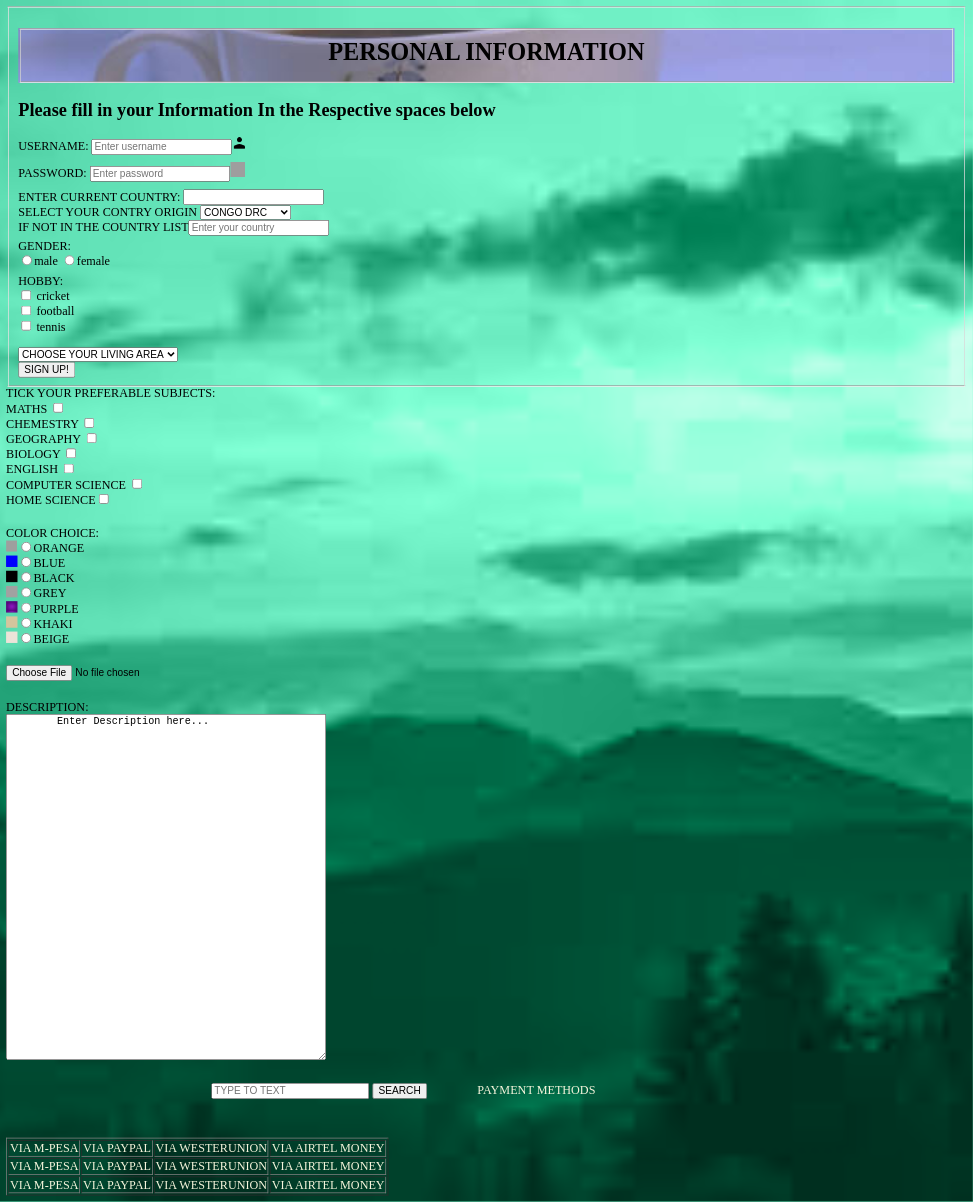
Repository: mirambialex/myform
Page: website/INDEX.HTML
The author's editor kept a copy of each file at every save. The page is drawn from the files as they stood at one save, then again after the next save.
The browser window is 1280 px wide. The pictures show the whole page, at 76% of full size.
Pictures or frames that could not be fetched are drawn as grey boxes.

Above is the page before, as saved 2024-04-18 10:57:14.

After the next save:
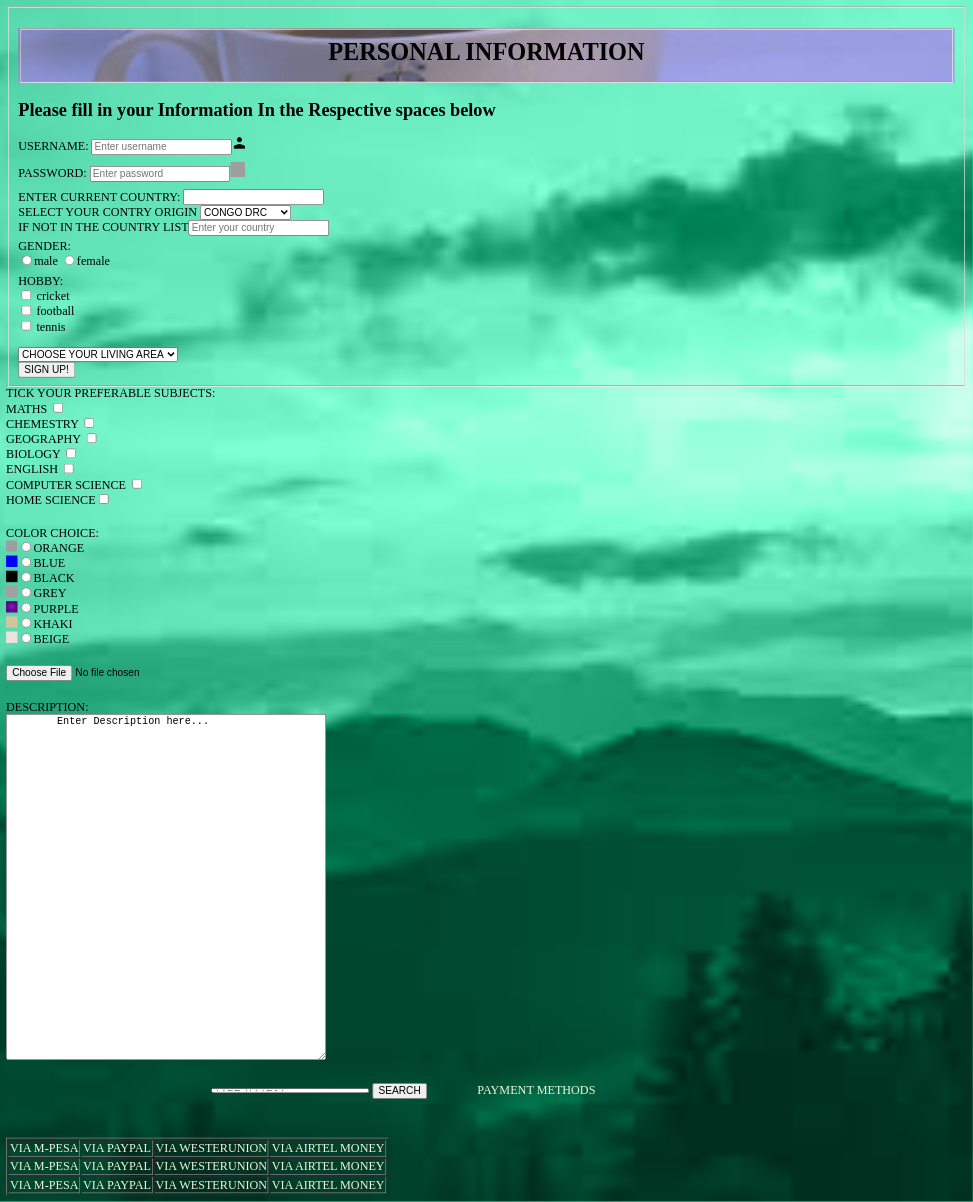
Saved 4 s later.
--- a/website/STYLE.CSS
+++ b/website/STYLE.CSS
@@ -69,7 +69,7 @@ H1{
     margin-left: 270PX;
 }
 .SRCH{
-    height: ;
+    height: 0;
     width: 200PX;
     background: ;
     border: ;
